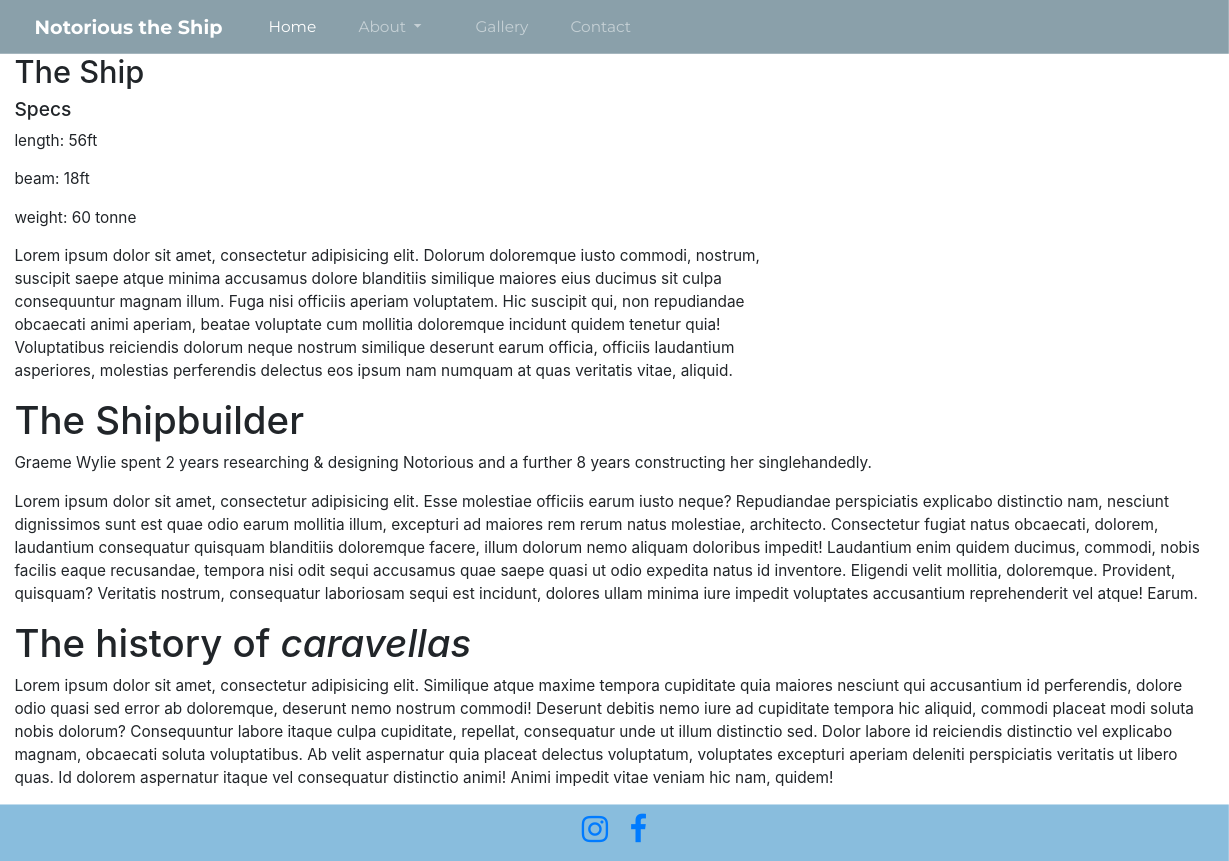
Repository: TSRose/NotorioustheShip
Page: about.html
The author's editor kept a record of every edit. The page is drawn from the files as they stood at one moment, then again after the next edit.
The browser window is 1280 px wide. The pictures show the whole page, at 96% of full size.

Above is the page before.

After the next edit:
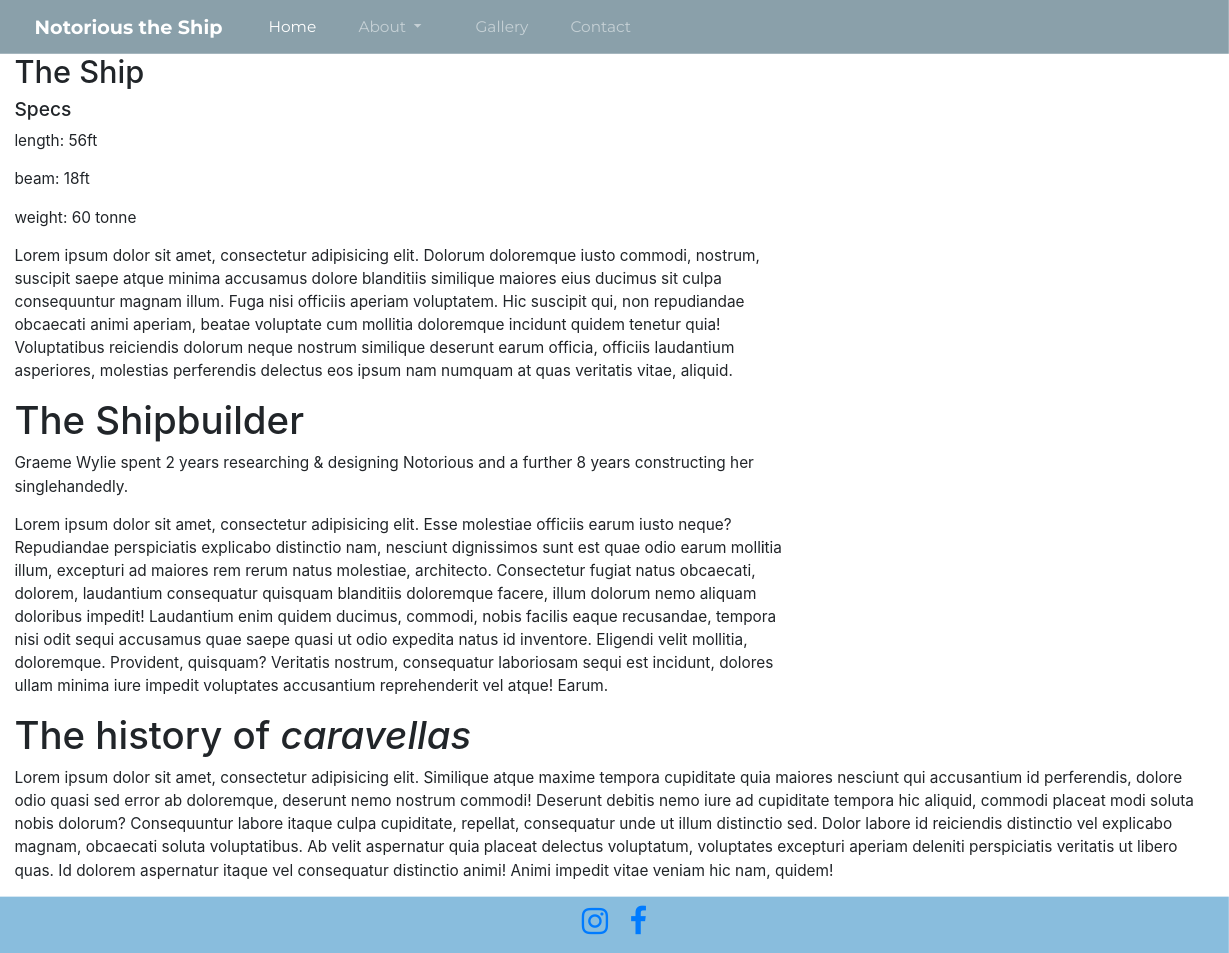
The edit:
--- a/about.html
+++ b/about.html
@@ -53,7 +53,7 @@
         </div>
         <div class="article-container">
             <div class="row">
-                <div class="col-12">
+                <div class="col-8">
                     <div class="thebuilder">
                         <h1>The Shipbuilder</h1>
                         <p>Graeme Wylie spent 2 years researching & designing Notorious and a further 8 years constructing her singlehandedly. </p>
